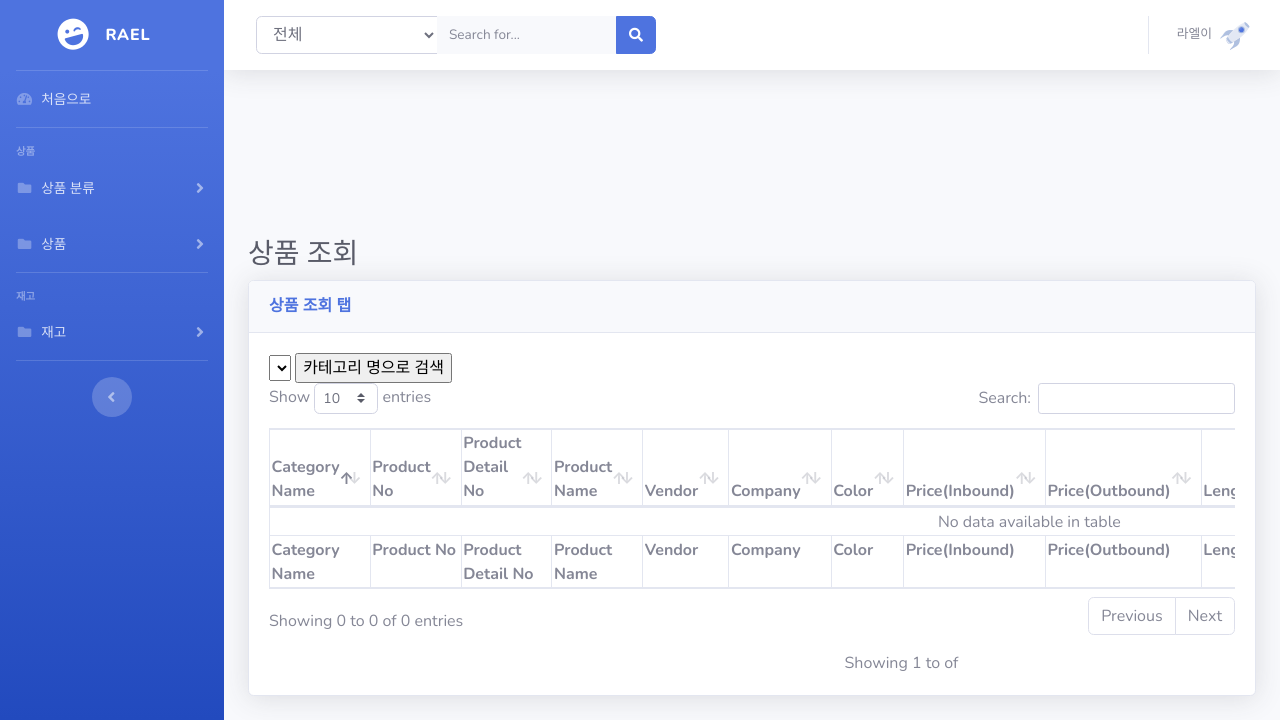
Repository: sww232/springRaelProject
Page: http://localhost/rael/WEB-INF/views/product/all_select.jsp
The author's editor kept a copy of each file at every save. The page is drawn from the files as they stood at one save, then again after the next save.
The browser window is 1280 px wide. The pictures show the whole page.
The page is served by Tomcat 9. Nobody is signed in. Other server files are loaded and not shown. The template is opened directly, without the code that normally fills it, so the values that code supplies are empty.

Above is the page before, as saved 2022-10-06 17:01:32.

### raelproject3/rael/src/main/webapp/WEB-INF/views/product/all_select.jsp
<%@ page language="java" contentType="text/html; charset=UTF-8" pageEncoding="UTF-8"%>
<%@ taglib uri="http://java.sun.com/jsp/jstl/core" prefix="c" %>
<!DOCTYPE html>
<html>
	<head>
		<meta http-equiv="X-UA-Compatible" content="IE=edge">
		<meta name="viewport" content="width=device-width, initial-scale=1, shrink-to-fit=no">
	    <meta name="description" content="">
	    <meta name="author" content="">
	    <meta charset="UTF-8">
			<title>상품 조회</title>

		<link href="/vendor/fontawesome-free/css/all.min.css" rel="stylesheet" type="text/css">
		<link href="/css/modal.css" rel="stylesheet" type="text/css">
	    <link
	        href="https://fonts.googleapis.com/css?family=Nunito:200,200i,300,300i,400,400i,600,600i,700,700i,800,800i,900,900i"
	        rel="stylesheet">

	    <!-- Custom styles for this template -->
	    <link href="/css/sb-admin-2.min.css" rel="stylesheet">
	    <!-- Custom styles for this page -->
	    <link href="/vendor/datatables/dataTables.bootstrap4.min.css" rel="stylesheet">

	    <script src="/vendor/jquery/jquery.min.js"></script>
	    <script src="/vendor/bootstrap/js/bootstrap.bundle.min.js"></script>

	    <!-- Core plugin JavaScript-->
	    <script src="/vendor/jquery-easing/jquery.easing.min.js"></script>

	    <!-- Custom scripts for all pages-->
	    <script src="/js/sb-admin-2.min.js"></script>

	    <!-- Page level plugins -->
	    <script src="/vendor/datatables/jquery.dataTables.min.js"></script>
	    <script src="/vendor/datatables/dataTables.bootstrap4.min.js"></script>

	    <!-- Page level custom scripts -->
	    <script src="/js/demo/datatables-demo.js"></script>


	</head>


	<body>
		<div id="wrapper">
			<ul class="navbar-nav bg-gradient-primary sidebar sidebar-dark accordion" id="accordionSidebar">
            	<!-- Sidebar - Brand -->
	            <a class="sidebar-brand d-flex align-items-center justify-content-center" href="/">
	                <div class="sidebar-brand-icon rotate-n-15">
	                    <i class="fas fa-laugh-wink"></i>
	                </div>

	                <div class="sidebar-brand-text mx-3"> RAEL </div>
	            </a>

	            <!-- Divider -->
	            <hr class="sidebar-divider my-0">

	            <!-- Nav Item - Dashboard -->
	            <li class="nav-item">
	                <a class="nav-link" href="/">
	                    <i class="fas fa-fw fa-tachometer-alt"></i>
	                    <span>처음으로</span></a>
	            </li>

	            <!-- Divider -->
	            <hr class="sidebar-divider">

	            <!-- Heading -->
	            <div class="sidebar-heading">
	                상품
	            </div>

	            <!-- Nav Item - Pages Collapse Menu -->
	            <li class="nav-item">
	                <a class="nav-link collapsed" href="#" data-toggle="collapse" data-target="#collapseTwo"
	                    aria-expanded="true" aria-controls="collapseTwo">
	                    <i class="fas fa-fw fa-folder"></i>
	                    <span>상품 분류</span>
	                </a>
	                <div id="collapseTwo" class="collapse" aria-labelledby="headingTwo" data-parent="#accordionSidebar">
	                    <div class="bg-white py-2 collapse-inner rounded">
	                        <h6 class="collapse-header">상풍 분류 탭</h6>
	                        <a class="collapse-item" href="/product/category_select?page=1&recordSize=10&pageSize=10">상품 분류 조회</a>
	                        <a class="collapse-item" href="/product/category_insert?insertresult=0">상품 분류 등록</a>
	                        <a class="collapse-item" href="/product/category_update">상품 분류 수정</a>
	                    </div>
	                </div>
	            </li>

	            <!-- Nav Item - Utilities Collapse Menu -->
	            <li class="nav-item">
	                <a class="nav-link collapsed" href="#" data-toggle="collapse" data-target="#collapseUtilities"
	                    aria-expanded="true" aria-controls="collapseUtilities">
	                    <i class="fas fa-fw fa-folder"></i>
	                    <span>상품</span>
	                </a>
	                <div id="collapseUtilities" class="collapse" aria-labelledby="headingUtilities"
	                    data-parent="#accordionSidebar">
	                    <div class="bg-white py-2 collapse-inner rounded">
	                        <h6 class="collapse-header">상품 탭</h6>
	                        <a class="collapse-item" href="/product/all_select?page=1&recordSize=10&pageSize=10">상품 조회</a>
	                        <a class="collapse-item" href="/product/product_insert">상품 등록</a>
	                        <a class="collapse-item" href="/product/product_insert_detail">상품 추가 등록</a>
	                        <a class="collapse-item" href="/product/product_update">상품명/상세정보 수정</a>
	                    </div>
	                </div>
	            </li>

	            <!-- Divider -->
	            <hr class="sidebar-divider">

	            <!-- Heading -->
	            <div class="sidebar-heading">
	                재고
	            </div>

	            <!-- Nav Item - Pages Collapse Menu -->
	            <li class="nav-item">
	                <a class="nav-link collapsed" href="#" data-toggle="collapse" data-target="#collapsePages"
	                    aria-expanded="true" aria-controls="collapsePages">
	                    <i class="fas fa-fw fa-folder"></i>
	                    <span>재고</span>
	                </a>
	                <div id="collapsePages" class="collapse" aria-labelledby="headingPages" data-parent="#accordionSidebar">
	                    <div class="bg-white py-2 collapse-inner rounded">
	                        <h6 class="collapse-header">재고</h6>
	                        <a class="collapse-item" href="/stock/stock_select?page=1&recordSize=10&pageSize=10">재고 조회 및 입/출고</a>
	                        <div class="collapse-divider"></div>
	                        <h6 class="collapse-header">재고 입/출고</h6>
	                        <a class="collapse-item" href="/stock/stock_history?page=1&recordSize=10&pageSize=10">내역</a>
	                        <a class="collapse-item" href="/stock/stock_history_cancel?page=1&recordSize=10&pageSize=10">취소</a>
	                    </div>
	                </div>
	            </li>

	            <!-- Divider -->
	            <hr class="sidebar-divider d-none d-md-block">

	            <!-- Sidebar Toggler (Sidebar) -->
	            <div class="text-center d-none d-md-inline">
	                <button class="rounded-circle border-0" id="sidebarToggle"></button>
	            </div>

        	</ul>

       		<!-- End of Sidebar -->

	        <!-- Content Wrapper -->
	        <div id="content-wrapper" class="d-flex flex-column">

	            <!-- Main Content -->
	            <div id="content">

	                <!-- Topbar -->
	                <nav class="navbar navbar-expand navbar-light bg-white topbar mb-4 static-top shadow">

	                    <!-- Sidebar Toggle (Topbar) -->
	                    <form class="form-inline">
	                        <button id="sidebarToggleTop" class="btn btn-link d-md-none rounded-circle mr-3">
	                            <i class="fa fa-bars"></i>
	                        </button>
	                    </form>

	                    <!-- Topbar Search -->
	                    <form class="d-none d-sm-inline-block form-inline mr-auto ml-md-3 my-2 my-md-0 mw-100 navbar-search"
	                     id="searchForm" autocomplete="off" action="/product/all_select?page=1&recordSize=10&pageSize=10">

							<div class="input-group">
								<select id="searchType" name="searchType" class="form-control">
						           <option value="" selected>전체</option>
						           <option value="product_name">제품 이름</option>
						           <option value="product_company">회사명</option>
								</select>
								<input type="text" class="form-control bg-light border-0 small" placeholder="Search for..."
                                aria-label="Search" aria-describedby="basic-addon2" id="keyword" name="keyword">
                                <div class="input-group-append">
	                                <button class="btn btn-primary" type="submit">
	                                    <i class="fas fa-search fa-sm"></i>
	                                </button>
                            	</div>
					    	</div>
						</form>



	                    <!-- Topbar Navbar -->
	                    <ul class="navbar-nav ml-auto">

	                        <!-- Nav Item - Search Dropdown (Visible Only XS) -->
	                        <li class="nav-item dropdown no-arrow d-sm-none">
	                            <a class="nav-link dropdown-toggle" href="#" id="searchDropdown" role="button"
	                                data-toggle="dropdown" aria-haspopup="true" aria-expanded="false">
	                                <i class="fas fa-search fa-fw"></i>
	                            </a>
	                            <!-- Dropdown - Messages -->
	                            <div class="dropdown-menu dropdown-menu-right p-3 shadow animated--grow-in"
	                                aria-labelledby="searchDropdown">
	                                <form class="form-inline mr-auto w-100 navbar-search">
	                                    <div class="input-group">
	                                        <input type="text" class="form-control bg-light border-0 small"
	                                            placeholder="Search for..." aria-label="Search"
	                                            aria-describedby="basic-addon2">
	                                        <div class="input-group-append">
	                                            <button class="btn btn-primary" type="button">
	                                                <i class="fas fa-search fa-sm"></i>
	                                            </button>
	                                        </div>
	                                    </div>
	                                </form>
	                            </div>
	                        </li>

	                        <div class="topbar-divider d-none d-sm-block"></div>

	                        <!-- Nav Item - User Information -->
	                        <li class="nav-item dropdown no-arrow">
	                            <a class="nav-link dropdown-toggle" href="#" id="userDropdown" role="button"
	                                data-toggle="dropdown" aria-haspopup="true" aria-expanded="false">
	                                <span class="mr-2 d-none d-lg-inline text-gray-600 small">라엘이</span>
	                                <img class="img-profile rounded-circle"
	                                    src="/img/undraw_rocket.svg">
	                            </a>
	                            <!-- Dropdown - User Information -->
	                            <div class="dropdown-menu dropdown-menu-right shadow animated--grow-in"
	                                aria-labelledby="userDropdown">
	                                <div class="dropdown-divider"></div>
	                                <a class="dropdown-item" href="#" data-toggle="modal" data-target="#logoutModal">
	                                    <i class="fas fa-sign-out-alt fa-sm fa-fw mr-2 text-gray-400"></i>
	                                    Logout
	                                </a>
	                            </div>
	                        </li>
						</ul>
					</nav>
				</div>
	    	<!-- End of Topbar -->
			<div class="container-fluid">

				<!-- Page Heading -->
				<h1 class="h3 mb-2 text-gray-800">상품 조회</h1>
				<div class="card shadow mb-4">
					<div class="card-header py-3">
					    <h6 class="m-0 font-weight-bold text-primary">상품 조회 탭</h6>
					</div>
					<div class="card-body">
						<div class="table-responsive">
							<div id="dataTable_wrapper" class="dataTables_wrapper dt-bootstrap4">
								<div class="row">
									<form>
										<div class="dataTable_filter" id="dataTable_filter">
											<select name="categoryBox" id="categoryBox">
												<option value="defaultValue" selected></option>
												<c:forEach var="list" items="${categorynums}">
													<option value="${list}">
														${list}
													</option>
												</c:forEach>
											</select>
											<input type="submit" value="카테고리 명으로 검색">
										</div>
									</form>
								</div>
								<div class="row">
									<div class="col-sm-12">
										<table class="table table-bordered" id="dataTable" width="100%" cellspacing="0">
											<thead>
												<tr>
													<th>Category Name</th>
													<th>Product No</th>
													<th>Product Detail No</th>
													<th>Product Name</th>
													<th>Vendor</th>
													<th>Company</th>
													<th>Color</th>
													<th>Price(Inbound)</th>
													<th>Price(Outbound)</th>
													<th>Length</th>
													<th>Weight</th>
													<th>Battery</th>
													<th>Registered Date</th>
													<th>Modified Date</th>
													<th>Description</th>
												</tr>
											</thead>
											<tfoot>
												<tr>
													<th>Category Name</th>
													<th>Product No</th>
													<th>Product Detail No</th>
													<th>Product Name</th>
													<th>Vendor</th>
													<th>Company</th>
													<th>Color</th>
													<th>Price(Inbound)</th>
													<th>Price(Outbound)</th>
													<th>Length</th>
													<th>Weight</th>
													<th>Battery</th>
													<th>Registered Date</th>
													<th>Modified Date</th>
													<th>Description</th>
												</tr>
											</tfoot>
											<tbody>
												<c:forEach items="${datas.list}" var="data">
													<tr>
														<td>${data.PRODUCTCATEGORYNAME}</td>
														<td>${data.PRODUCTNUM}</td>
														<td>${data.PRODUCTBYNUM}</td>
														<td>${data.PRODUCTNAME}</td>
														<td>${data.PRODUCTVENDOR}</td>
														<td>${data.PRODUCTCOMPANY}</td>
														<td>${data.PRODUCTCOLOR}</td>
														<td>${data.PRODUCTPRICEINBOUND}</td>
														<td>${data.PRODUCTPRICEOUTBOUND}</td>
														<td>${data.PRODUCTLENGTH}</td>
														<td>${data.PRODUCTWEIGHT}</td>
														<td>${data.PRODUCTVOLT}</td>
														<td>${data.APPENDDATE}</td>
														<td>${data.UPDATEDATE}</td>
														<td>${data.PRODUCTDESCRIPTION}</td>
													<tr>
												</c:forEach>
											</tbody>
										</table>
									</div>
								</div>
								<div class="row">
									<div class="col-sm-12 col-md-7">
										<div class="dataTables_paginate paging_simple_numbers" id="dataTable_paginate">
											<ul class="pagination">
											    <c:if test="${datas.pagination.totalPageCount < 1}">
											        <li>0</li>
											    </c:if>
											    <c:if test="${datas.pagination.existPrevPage eq true}">
											    	<li class="paginate_button page-item previous">
											    		<a aria-controls="dataTable" data-dt-idx="${num}" class="page-link"
											    			href='<c:url value="/product/all_select?page=${datas.pagination.startPage-1}&recordSize=10&pageSize=10&categoryBox=${categoryBox}&keyword=${param.keyword}&searchType=${param.searchType}"/>'>PREVIOUS</a>
											    	</li>
											    </c:if>
											    <c:if test="${datas.pagination.totalPageCount > 0}">
											   		<c:forEach begin="${datas.pagination.startPage}" end="${datas.pagination.endPage}" var="num">
											   			<li class="paignate_button page-item">
											   				<a  aria-controls="dataTable" data-dt-idx="${num}" class="page-link"
											   					href='<c:url value="/product/all_select?page=${num}&recordSize=10&pageSize=10&categoryBox=${categoryBox}&keyword=${param.keyword}&searchType=${param.searchType}"/>'>${num}</a>
											   			</li>
											   		</c:forEach>
											    </c:if>
											    <c:if test="${datas.pagination.existNextPage eq true}">
											        <li class="paginate_button page-item next" id="dataTable_next">
											        	<a aria-controls="dataTable" data-dt-idx="${num}" class="page-link"
											        		href='<c:url value="/product/all_select?page=${datas.pagination.endPage+1}&recordSize=10&pageSize=10&categoryBox=${categoryBox}&keyword=${param.keyword}&searchType=${param.searchType}"/>'>NEXT</a>
											       </li>
											    </c:if>
								    		</ul>
							    		</div>
							    	</div>
									<div class="col-sm-12 col-md-5">
										<div class="dataTables_info" id="dataTable_info" role="status" aria-live="polite">
											<c:if test="${shownumber >= allcount}">
												Showing ${datas.pagination.limitStart + 1} to ${allcount} of ${allcount}
											</c:if>
											<c:if test="${shownumber < allcount}">
												Showing ${datas.pagination.limitStart + 1} to ${datas.pagination.limitStart + 10} of ${allcount}
											</c:if>
										</div>
									</div>
								</div>
							</div>
						</div>
					</div>
				</div>
			</div>
    </div>
</div>
	</body>
</html>

### raelproject3/rael/src/main/resources/static/css/modal.css
@charset "UTF-8";

.modal{
	position: fixed;
	top: 0;
	z-index: 1050;
	display: none;
	width: 100%;
	height: 100%;
	overflow: hidden;
	outline: 0;
}

.modal-dialog{
	position: relative;
	width: auto;
	margin: .5rem;
	pointer-events: none;
}

### raelproject3/rael/src/main/resources/static/img/undraw_rocket.svg
<?xml version="1.0" encoding="utf-8"?>
<!-- Generator: Adobe Illustrator 25.0.0, SVG Export Plug-In . SVG Version: 6.00 Build 0)  -->
<svg version="1.1" id="b759170a-51c3-4e2f-999d-77dec9fd6d11"
	 xmlns="http://www.w3.org/2000/svg" xmlns:xlink="http://www.w3.org/1999/xlink" x="0px" y="0px" viewBox="0 0 650.9 610.5"
	 style="enable-background:new 0 0 650.9 610.5;" xml:space="preserve">
<style type="text/css">
	.st0{fill:#AFC0E0;}
	.st1{opacity:0.2;fill:#FFFFFF;enable-background:new    ;}
	.st2{opacity:0.1;enable-background:new    ;}
	.st3{fill:#E3E8F4;}
	.st4{fill:#4E73DF;}
</style>
<path class="st0" d="M174,321c-2-1.6-4.2-3-6.6-4.2c-51.8-26.2-157,67.8-157,67.8L0,372.7c0,0,42.1-43.8,92.4-117.3
	c45.2-66.1,150.7-51.8,171.4-48.3c2.3,0.4,3.6,0.7,3.6,0.7C298.7,288.3,174,321,174,321z"/>
<path class="st1" d="M269.4,213.9c-0.6-2-1.3-4-2-6c0,0-1.2-0.2-3.6-0.7c-20.7-3.5-126.2-17.8-171.4,48.3C42.1,329,0,372.7,0,372.7
	l5.9,6.7c0,0,42.1-43.8,92.4-117.3C143.3,196.3,248,210.2,269.4,213.9z"/>
<path class="st0" d="M337.7,533.4c-79.2,40.8-127.8,77.1-127.8,77.1l-10.5-11.9c0,0,111.1-96.8,85.3-150.9c-0.5-1.2-1.2-2.3-1.9-3.4
	c0,0,47.9-119.6,123.9-78.5c0,0,0.1,1,0.2,2.9C407.8,387.8,409.7,496.3,337.7,533.4z"/>
<path class="st2" d="M174,321c-2-1.6-4.2-3-6.6-4.2c29.3-38.9,61.5-75.5,96.3-109.7c2.3,0.4,3.6,0.7,3.6,0.7
	C298.7,288.3,174,321,174,321z"/>
<path class="st2" d="M406.9,368.6c-38.6,29.6-79.4,56.1-122.3,79.1c-0.5-1.2-1.2-2.3-1.9-3.4c0,0,47.9-119.6,123.9-78.5
	C406.7,365.7,406.8,366.7,406.9,368.6z"/>
<path class="st3" d="M263.6,455.5c-20.3,10.4-41.6,20.5-64,30.2c-33.6,14.6-51.5-2.2-80.7-91.5c0,0,12.5-22.5,37.2-57
	c54.3-75.8,167.5-209.1,336.1-286.7C542.7,27.1,596.1,10.1,650.9,0c0,0-9.1,68.8-62,160.1S439.1,365.3,263.6,455.5z"/>
<circle class="st0" cx="435.6" cy="199.7" r="71.6"/>
<path class="st4" d="M469.2,237.9c-21,18.6-53.1,16.6-71.7-4.5c-7.8-8.8-12.2-20-12.7-31.8c-0.2-4.7,0.3-9.4,1.4-14
	c0.5-2,1.1-4.1,1.9-6c2.9-7.7,7.7-14.5,13.8-19.9c0.3-0.3,0.6-0.5,0.9-0.8c17.1-14.4,41.5-15.9,60.3-3.8c3.5,2.3,6.7,4.9,9.5,7.9
	l1,1.1C492.2,187.2,490.2,219.3,469.2,237.9C469.2,237.8,469.2,237.9,469.2,237.9z"/>
<path class="st0" d="M588.9,160.1c-83-35.2-96.8-109.6-96.8-109.6C542.7,27,596.1,10.1,650.9,0C650.9,0,641.8,68.8,588.9,160.1z"/>
<path class="st0" d="M263.6,455.5c-13.7,7.1-27.9,13.9-42.6,20.7c-7,3.2-14.1,6.4-21.4,9.5c-10.9,4.7-51.5-2.2-80.7-91.5
	c0,0,4.1-7.3,12.1-20c6.1-9.6,14.5-22.2,25.1-37c0,0,11,33.2,41.1,67.3C215.8,425.7,238.4,443,263.6,455.5z"/>
<path class="st3" d="M221,476.2c-7,3.2-14.1,6.4-21.4,9.5c-10.9,4.7-51.5-2.2-80.7-91.5c0,0,4.1-7.3,12.1-20
	C131,374.2,170.2,456.9,221,476.2z"/>
<path class="st1" d="M463.2,157l-0.1,0l-60.1,3.9c-0.3,0.3-0.6,0.5-0.9,0.8c-6.2,5.4-10.9,12.3-13.8,19.9l84.5-16.6L463.2,157z"/>
<path class="st1" d="M438.8,194.3l-53.9,7.3c-0.2-4.7,0.3-9.4,1.4-14l52.8,1.4L438.8,194.3z"/>
<path class="st1" d="M131.7,408.7c0,0,12.5-22.5,37.2-57C223.2,276,336.4,142.7,504.9,65c45.6-21.1,93.3-36.9,142.5-47.3
	C650.1,6.4,650.9,0,650.9,0c-54.8,10.1-108.2,27-158.7,50.5c-168.6,77.7-281.8,211-336.1,286.7c-24.7,34.4-37.2,57-37.2,57
	c11.5,35.3,26.6,57,40.5,70.3C149.4,451.4,139.7,433.3,131.7,408.7z"/>
</svg>

Loaded but not shown: raelproject3/rael/src/main/resources/static/css/sb-admin-2.min.css (library); raelproject3/rael/src/main/resources/static/js/sb-admin-2.min.js (common file); raelproject3/rael/src/main/resources/static/js/demo/datatables-demo.js (common file)

After the next save:
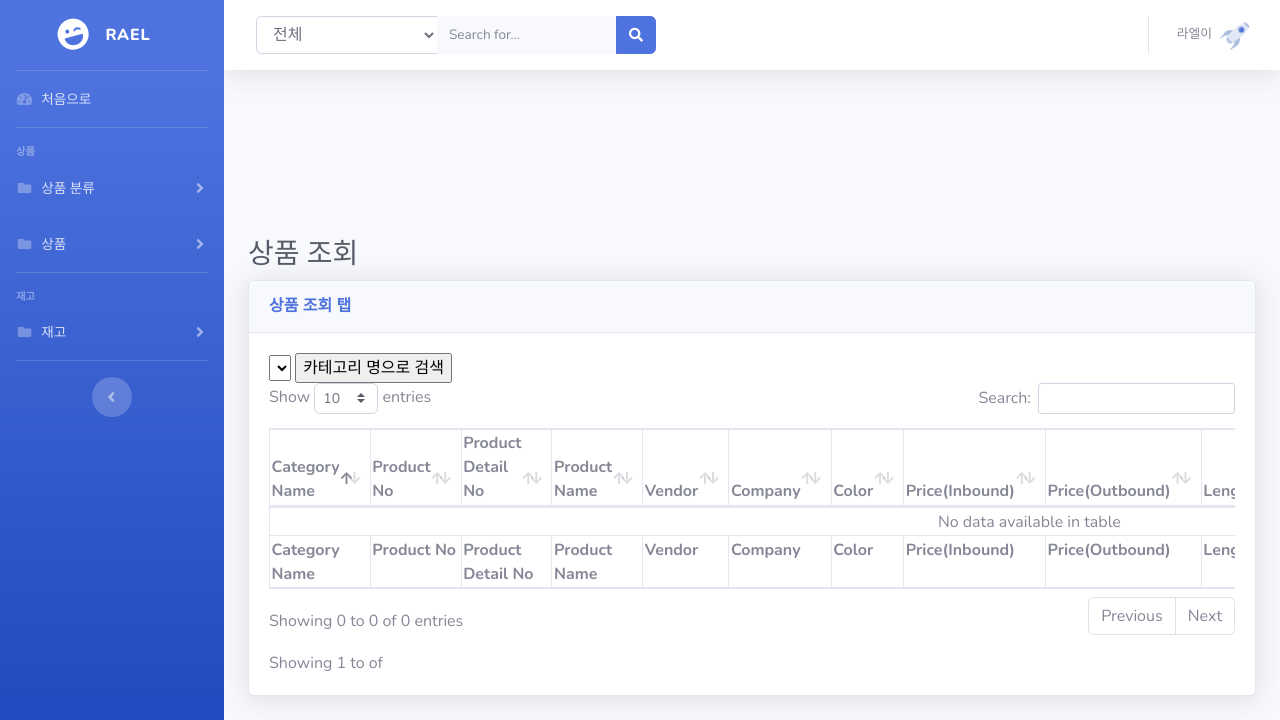
Saved 21 s later.
--- a/raelproject3/rael/src/main/webapp/WEB-INF/views/product/all_select.jsp
+++ b/raelproject3/rael/src/main/webapp/WEB-INF/views/product/all_select.jsp
@@ -327,6 +327,16 @@
 									</div>
 								</div>
 								<div class="row">
+									<div class="col-sm-12 col-md-5">
+										<div class="dataTables_info" id="dataTable_info" role="status" aria-live="polite">
+											<c:if test="${shownumber >= allcount}">
+												Showing ${datas.pagination.limitStart + 1} to ${allcount} of ${allcount}
+											</c:if>
+											<c:if test="${shownumber < allcount}">
+												Showing ${datas.pagination.limitStart + 1} to ${datas.pagination.limitStart + 10} of ${allcount}
+											</c:if>
+										</div>
+									</div>
 									<div class="col-sm-12 col-md-7">
 										<div class="dataTables_paginate paging_simple_numbers" id="dataTable_paginate">
 											<ul class="pagination">
@@ -356,16 +366,6 @@
 								    		</ul>
 							    		</div>
 							    	</div>
-									<div class="col-sm-12 col-md-5">
-										<div class="dataTables_info" id="dataTable_info" role="status" aria-live="polite">
-											<c:if test="${shownumber >= allcount}">
-												Showing ${datas.pagination.limitStart + 1} to ${allcount} of ${allcount}
-											</c:if>
-											<c:if test="${shownumber < allcount}">
-												Showing ${datas.pagination.limitStart + 1} to ${datas.pagination.limitStart + 10} of ${allcount}
-											</c:if>
-										</div>
-									</div>
 								</div>
 							</div>
 						</div>
